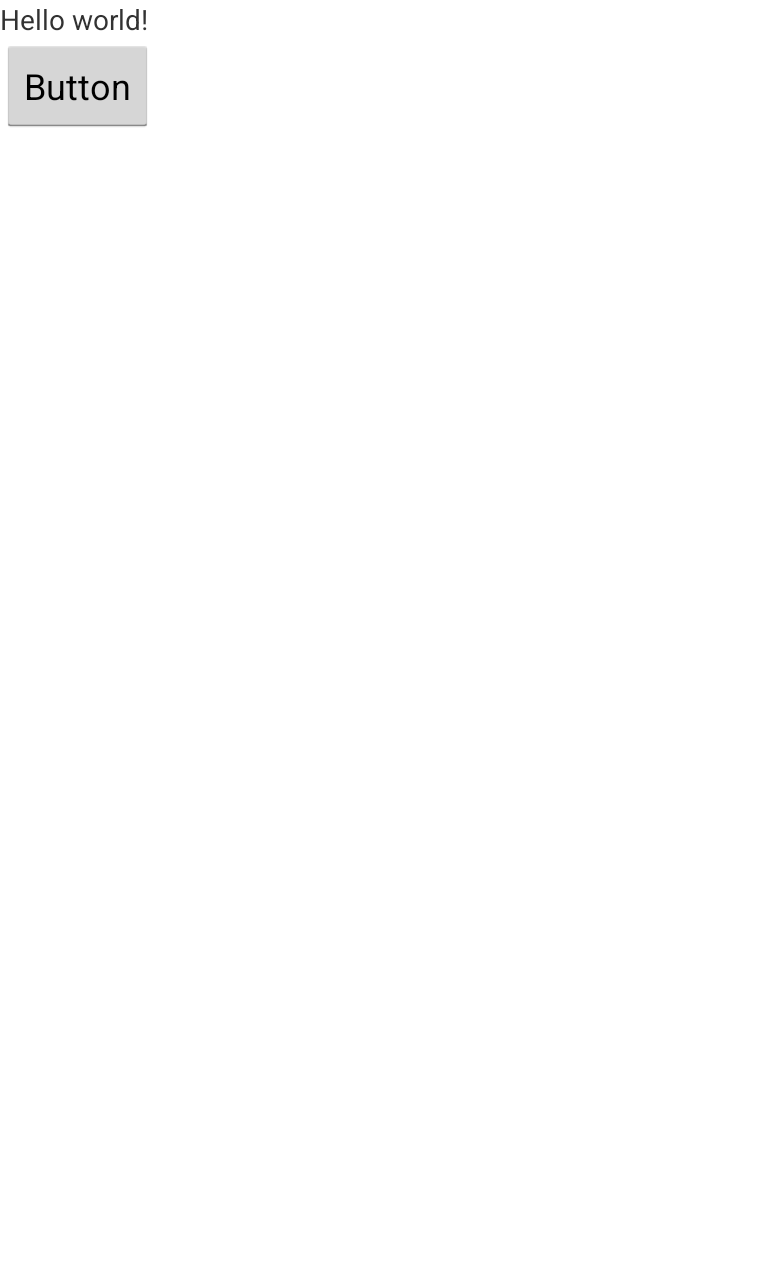
Repository: supremehappy/Android
Layout: IntentTest/res/layout/activity_main.xml
These files come from the project's save history. The layout is drawn as it stood at one moment and after the next save; the edit follows.
It is drawn on a 768 x 1280 px phone screen (xhdpi) without system bars, with theme AppTheme; the app's code is not run.

Above is the layout before, as saved 2017-08-25 01:42:52.

After the next save:
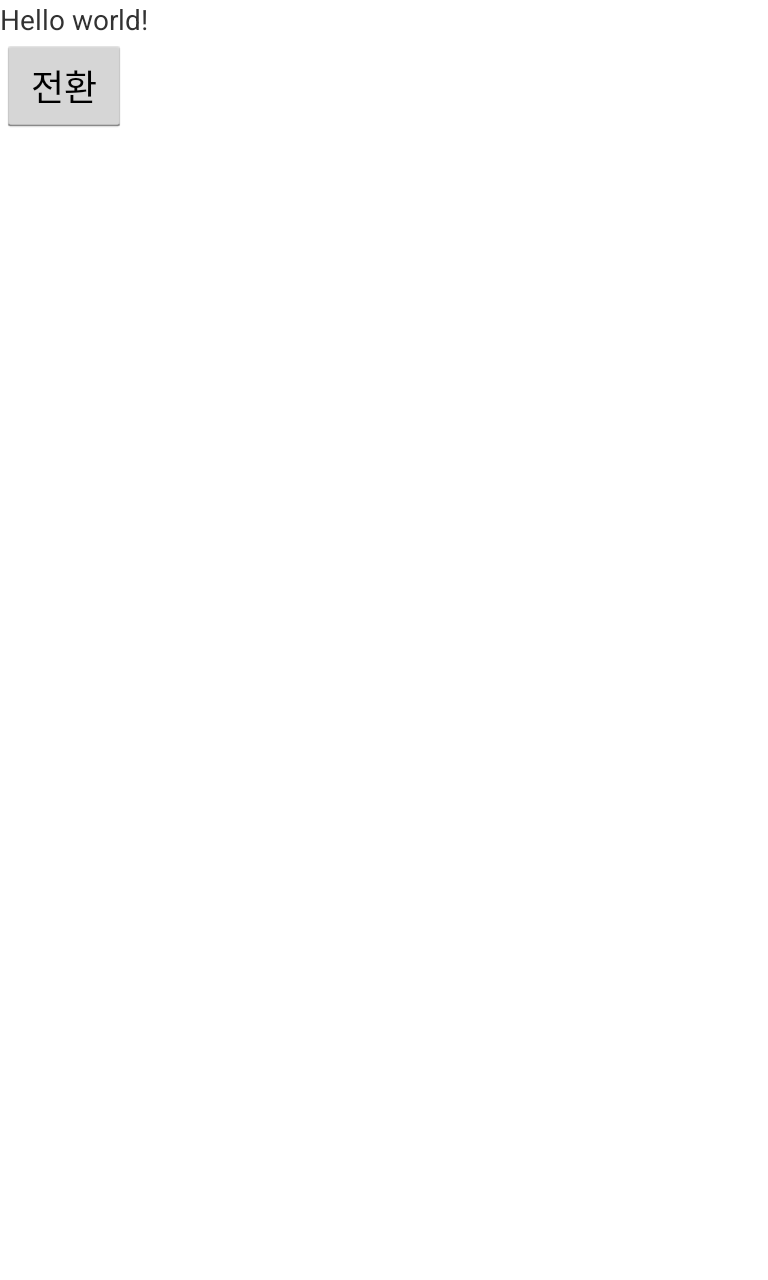
Saved 72 s later.
--- a/IntentTest/res/layout/activity_main.xml
+++ b/IntentTest/res/layout/activity_main.xml
@@ -15,6 +15,6 @@
         android:id="@+id/btn_change"
         android:layout_width="wrap_content"
         android:layout_height="wrap_content"
-        android:text="Button" />
+        android:text="전환" />
 
 </LinearLayout>
